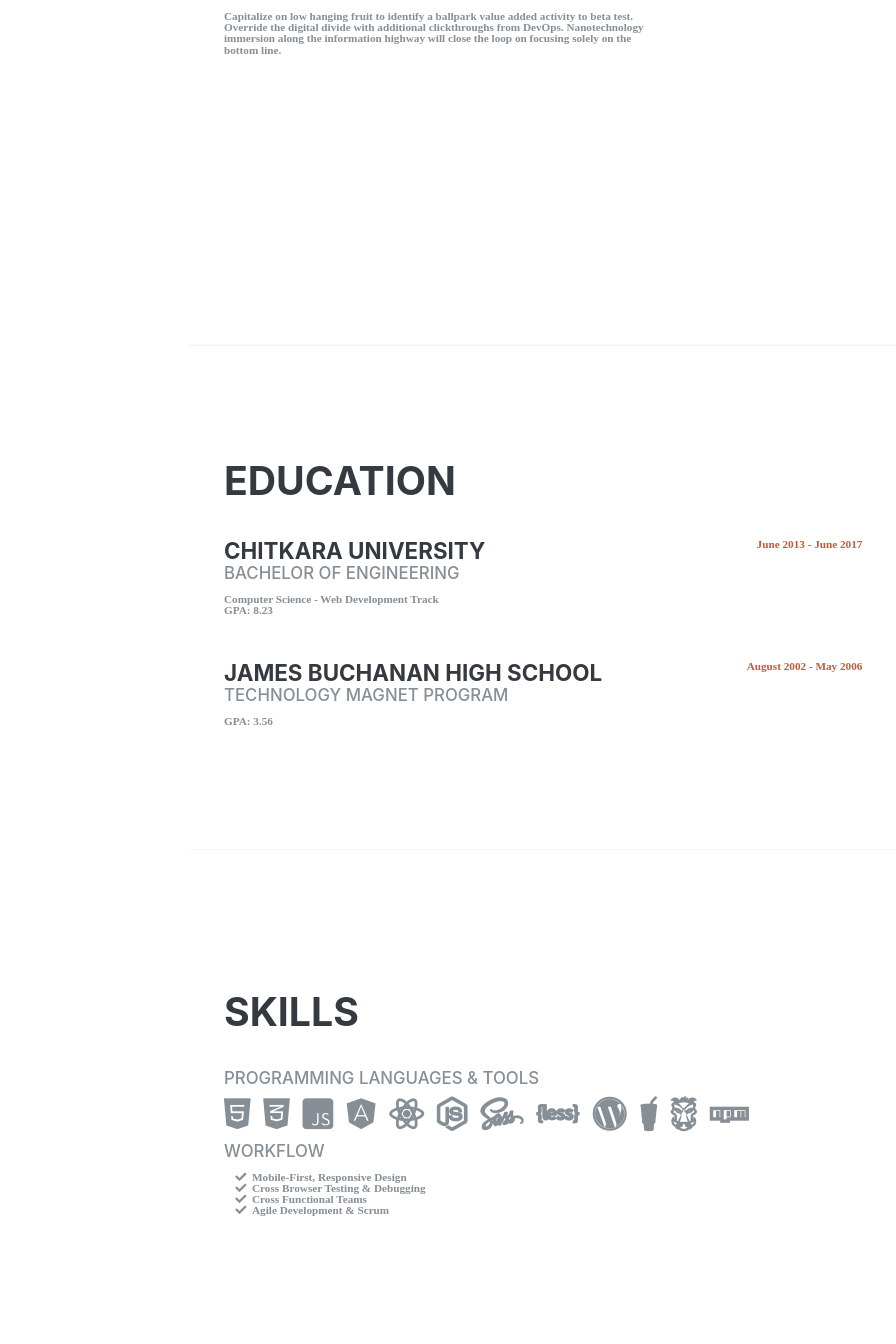
Repository: ankitkeshari719/ankitkeshari719.github.io
Page: index.html
These files come from the project's save history. The page is drawn as it stood at one moment and after a run of saves; the edit follows.
The browser window is 1280 px wide. The pictures show the part of the page from y = 949 to 2869 px (the page is 4349 px tall), at 70% of full size.
Some web fonts or font styles are not loaded; a fallback is used.

Above is the page before, as saved 2020-03-13 16:06:16.

After the next 2 saves:
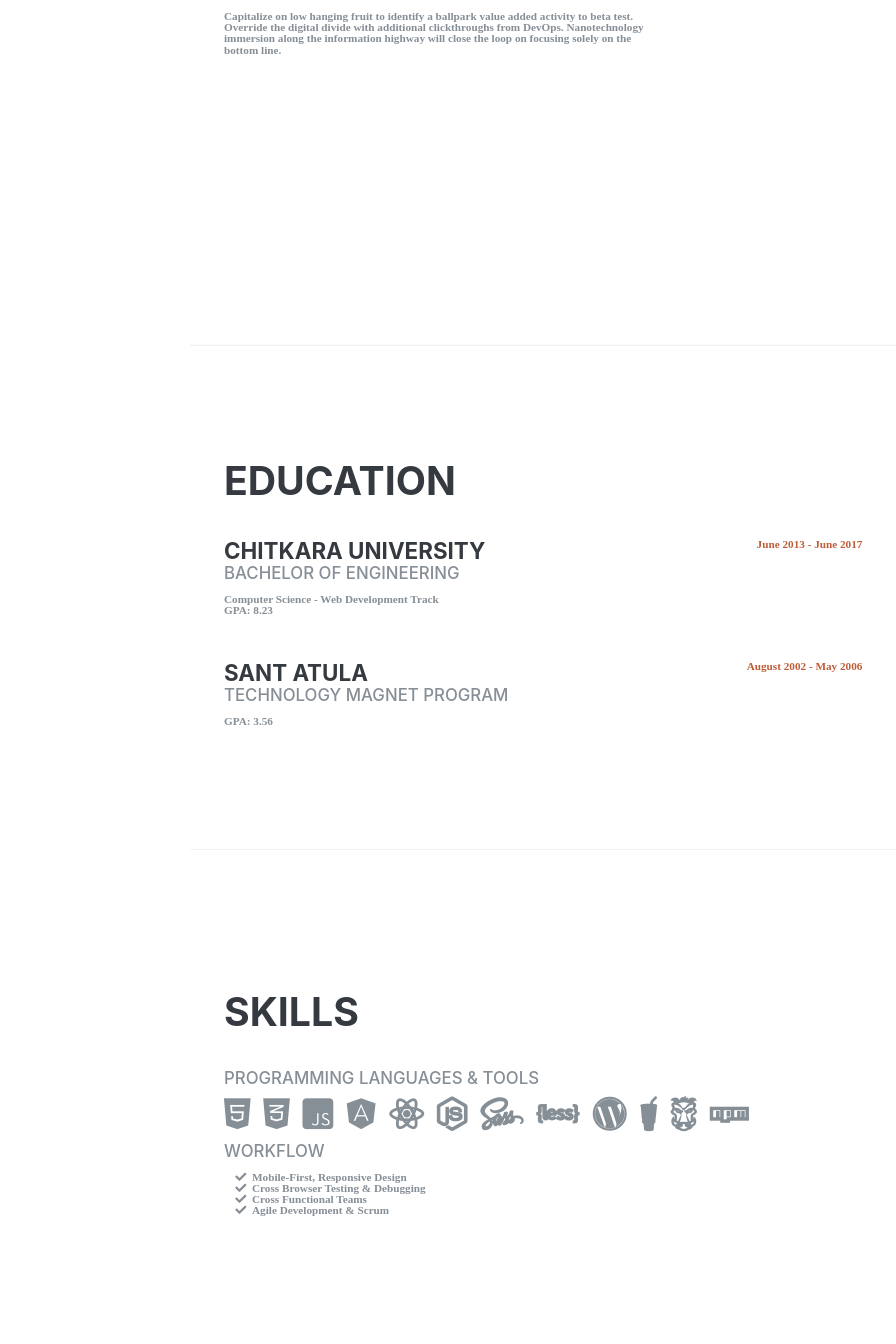
The 2 saves are shown as one change because they came seconds apart.
The last was saved 53 s later.
--- a/index.html
+++ b/index.html
@@ -159,7 +159,7 @@
 
         <div class="resume-item d-flex flex-column flex-md-row justify-content-between">
           <div class="resume-content">
-            <h3 class="mb-0">James Buchanan High School</h3>
+            <h3 class="mb-0">Sant Atula</h3>
             <div class="subheading mb-3">Technology Magnet Program</div>
             <p>GPA: 3.56</p>
           </div>
